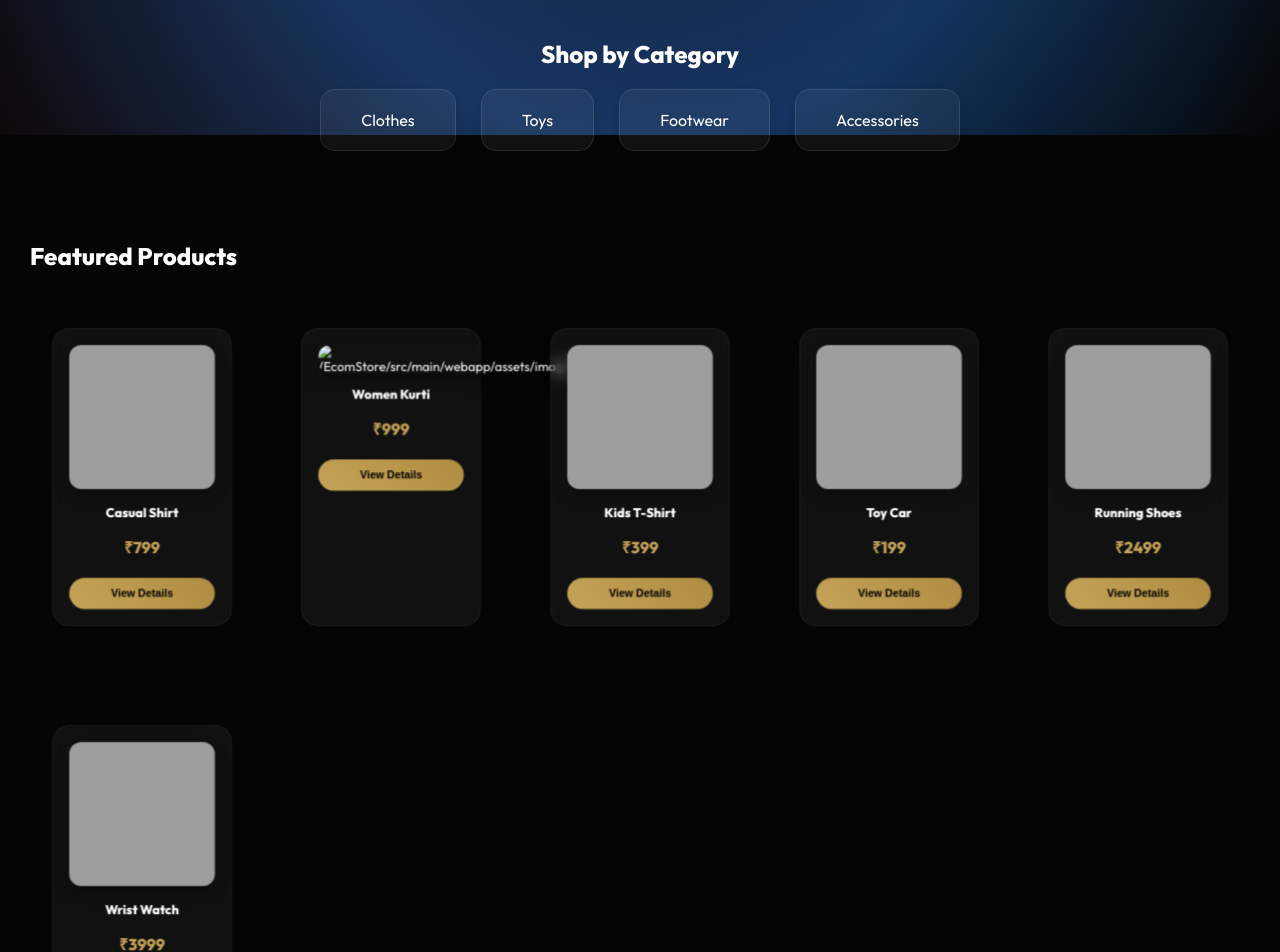
Repository: pradeepkumarh-17/Ecommerce
Page: http://localhost/EcomStore/views/user/home.jsp
An editor plug-in stored every save of this project. The page is shown before and after the next save, followed by the edit.
The browser window is 1280 px wide. The pictures show the part of the page from y = 585 to 1537 px (the page is 1767 px tall).
Pictures or frames that could not be fetched are drawn as grey boxes. Some web libraries are served in a nearby version. The page is served by Tomcat 10.

Above is the page before, as saved 2026-05-03 11:54:07.
Not found: EcomStore/EcomStore/src/main/webapp/assets/images/kurti.jpg

After the next save:
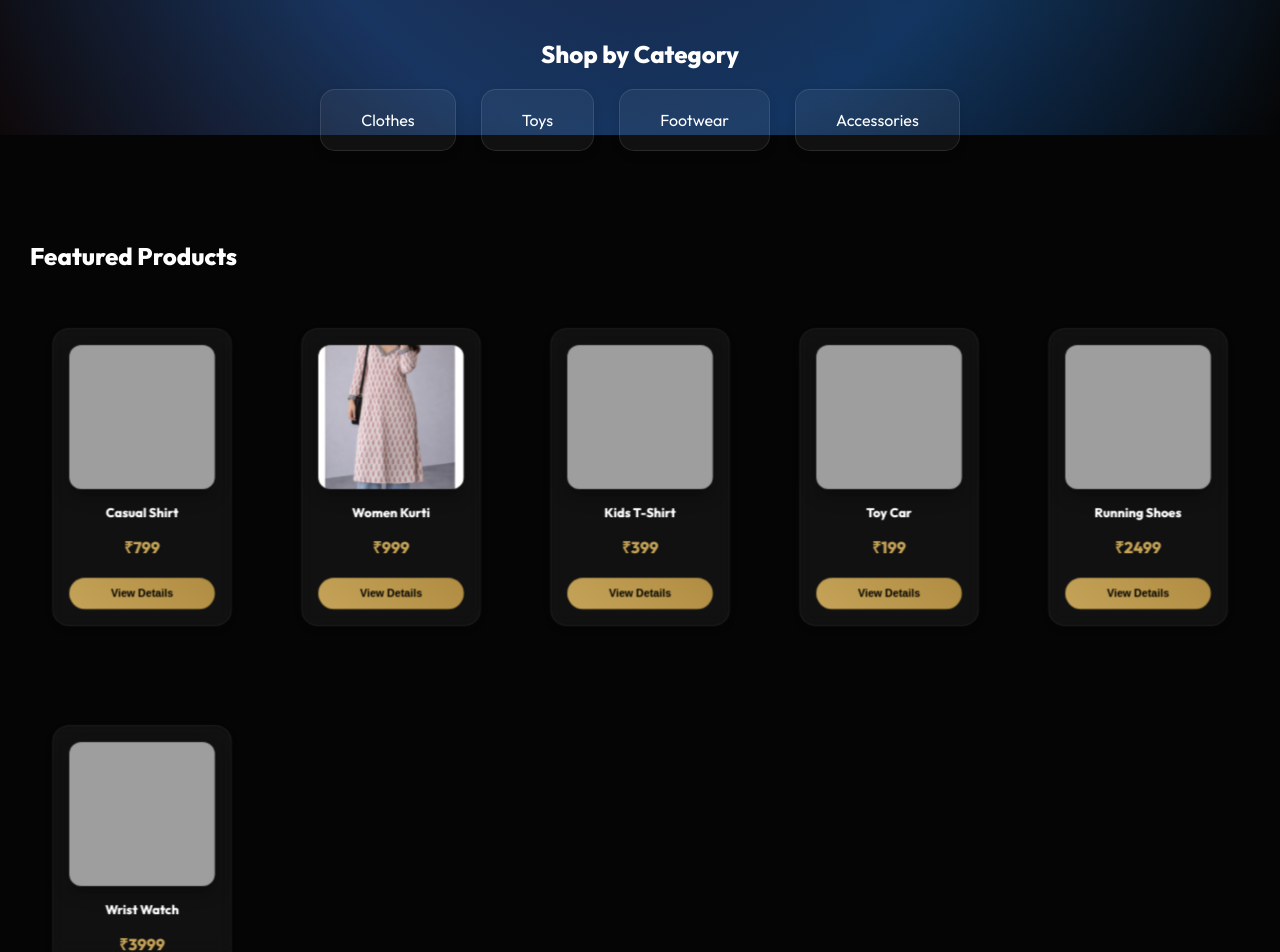
Saved 87 s later.
--- a/EcomStore/src/main/webapp/views/user/home.jsp
+++ b/EcomStore/src/main/webapp/views/user/home.jsp
@@ -53,7 +53,7 @@
 
                 <div class="product-card">
                     <div class="product-img-wrapper">
-                        <img src="/EcomStore/src/main/webapp/assets/images/kurti.jpg" alt="/EcomStore/src/main/webapp/assets/images/kurti.jpg">
+                        <img src="/src/main/webapp/assets/images/kurti.jpg" alt="/src/main/webapp/assets/images/kurti.jpg">
                     </div>
                     <h3>Women Kurti</h3>
                     <p class="price">&#8377;999</p>
